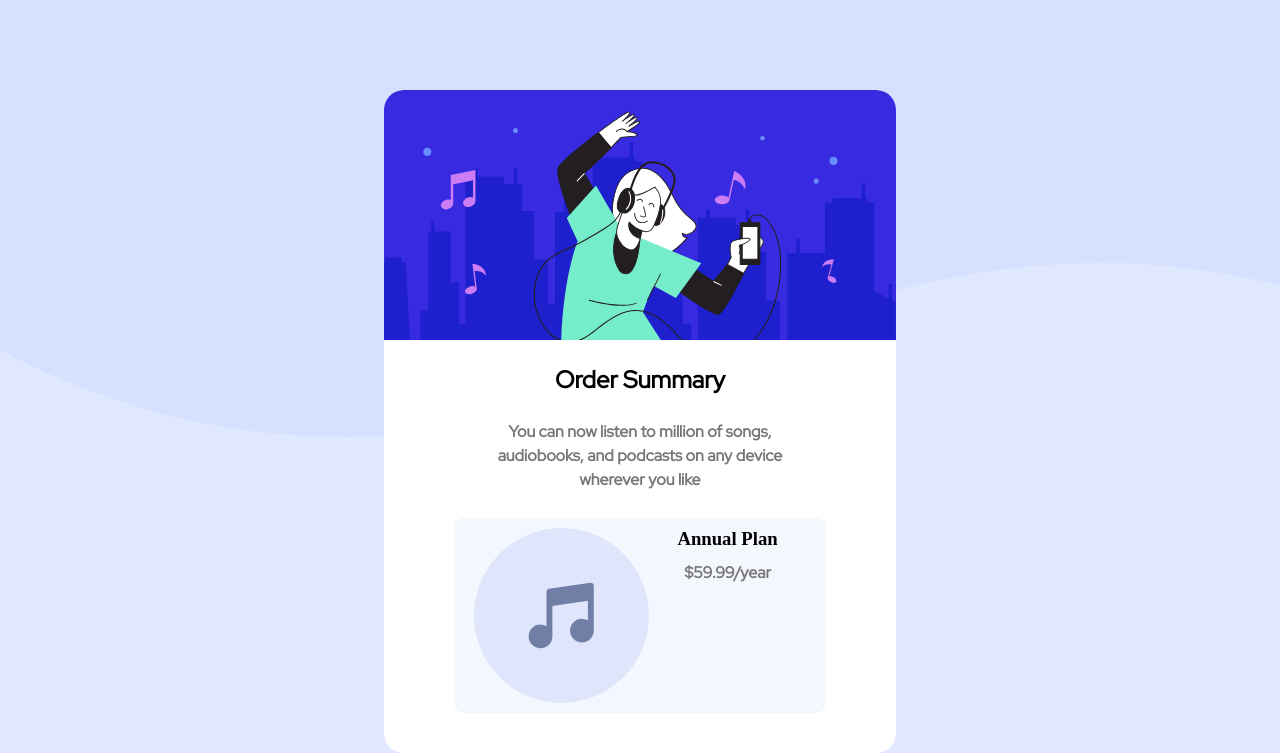
Repository: karanjain71/css-practice
Page: order-summary-component-main/index.html
These files come from the project's save history. The page is drawn as it stood at one moment and after the next save; the edit follows.
The browser window is 1280 px wide. The pictures show the whole page.

Above is the page before, as saved 2022-01-29 20:51:35.
Not found: order-summary-component-main/techhomie.com

### order-summary-component-main/index.html
<!DOCTYPE html>
<html lang="en">
<head>
  <meta charset="UTF-8">
  <meta name="viewport" content="width=device-width, initial-scale=1.0"> <!-- displays site properly based on user's device -->

  <link rel="icon" type="image/png" sizes="32x32" href="./images/favicon-32x32.png">

  <link rel="stylesheet" href="style.css">
  <link href='https://fonts.googleapis.com/css?family=Red Hat Display' rel='stylesheet'>
  <title>Frontend Mentor | Order summary card</title>


  </style>
</head>
<body>
    <div class="card">
      <img src="images/illustration-hero.svg" alt="">
      <h2>Order Summary</h2>
      <p>You can now listen to million of songs, audiobooks, and podcasts
        on any device wherever you like
      </p>
      <div class="card-plan">
        <img src="images/icon-music.svg" alt="">
        <div class="annual-plan">
          <h3>Annual Plan</h3>
          <p>$59.99/year</p>
        </div>
        <link rel="stylesheet" href="techhomie.com">

      </div>
    </div>


</body>
</html>

### order-summary-component-main/style.css
body{
    padding: 0%;
    margin: 0%;
    background-color: hsl(225, 100%, 94%);
    background-image: url(images/pattern-background-desktop.svg);
    background-repeat: no-repeat;
    object-fit: contain;

}
.card{
    background-color: white;
    border-radius: 20px;
    width: 40%;
    margin: auto;
    margin-top: 90px;
    padding-bottom: 40px;
}
h2{
    text-align: center;
    font-family: "Red Hat Display";
    font-weight: bolder;
}
p{
    text-align: center;
    font-family: "Red Hat Display";
    font-weight: 600;
    padding: 5px 105px 10px 105px;
    line-height: 1.5em;
    color: #777;
}
img{
    width: 100%;
    object-fit: contain;
    border-radius: 20px 20px 0 0;

}
.card-plan{
    display: flex;
    width: 65%;
    margin: auto;
    padding: 10px 20px;
    background-color: hsl(225, 100%, 98%);
    border-radius: 10px;
}

.annual-plan{
    display: flex;
    flex-direction: column;
    width: 90%;
}

.annual-plan p{
    padding: 0;
    margin: 11px;
}

.annual-plan h3{
    text-align: center;
    margin: 0;

}

After the next save:
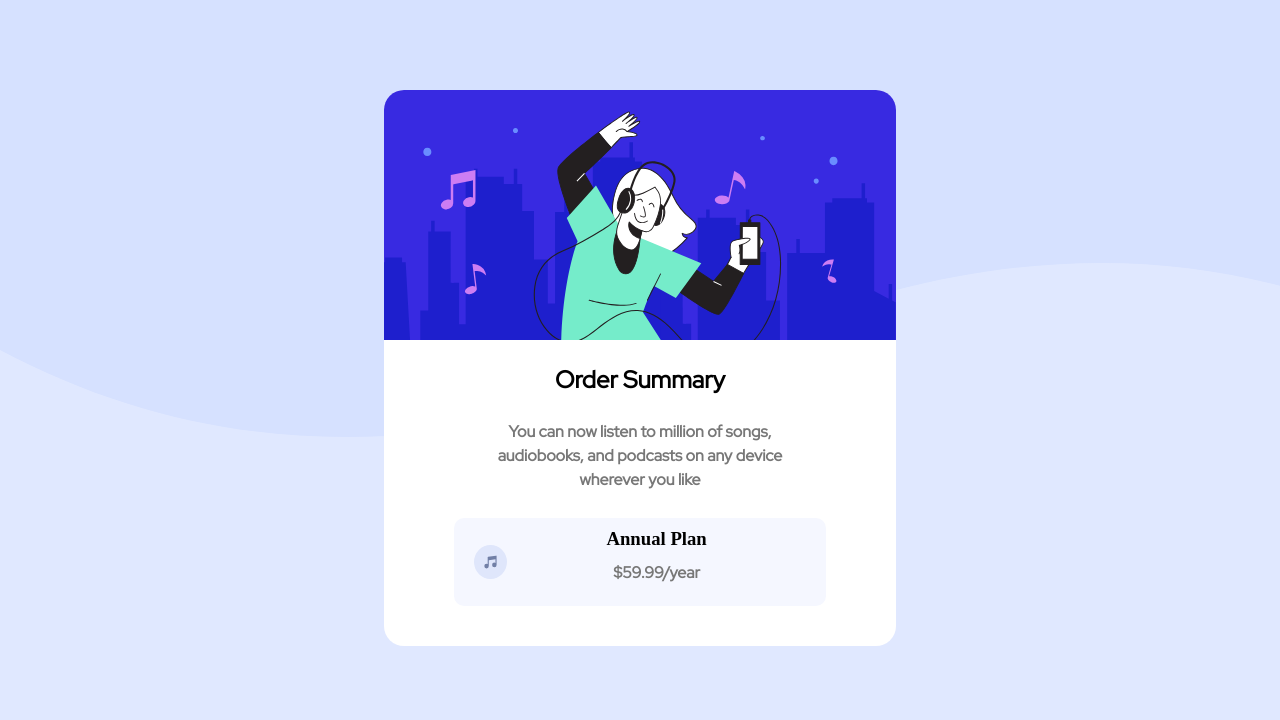
Saved 41 s later.
--- a/order-summary-component-main/style.css
+++ b/order-summary-component-main/style.css
@@ -42,7 +42,9 @@
     background-color: hsl(225, 100%, 98%);
     border-radius: 10px;
 }
-
+.card-plan img{
+    width: 10%;
+}
 .annual-plan{
     display: flex;
     flex-direction: column;
